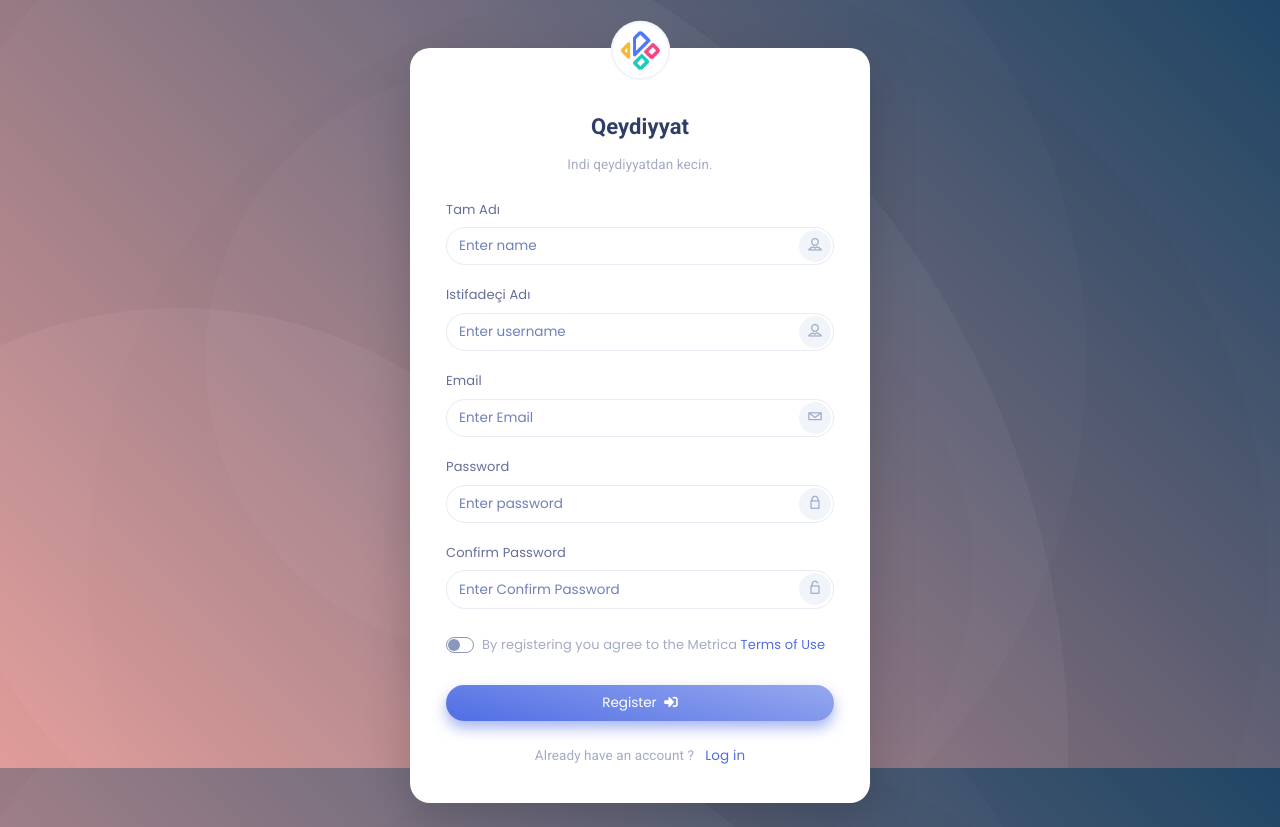
Repository: elvinyeka/Smart-Mobile
Page: http://localhost/register
The author's editor kept a copy of each file at every save. The page is drawn from the files as they stood at one save, then again after the next save.
The browser window is 1280 px wide. The pictures show the whole page.
The page is served by the project's application, run on Flask 3 (Smart/__init__.py).

Above is the page before, as saved 2020-11-20 17:55:44.
Console error: ReferenceError: ApexCharts is not defined

After the next save:
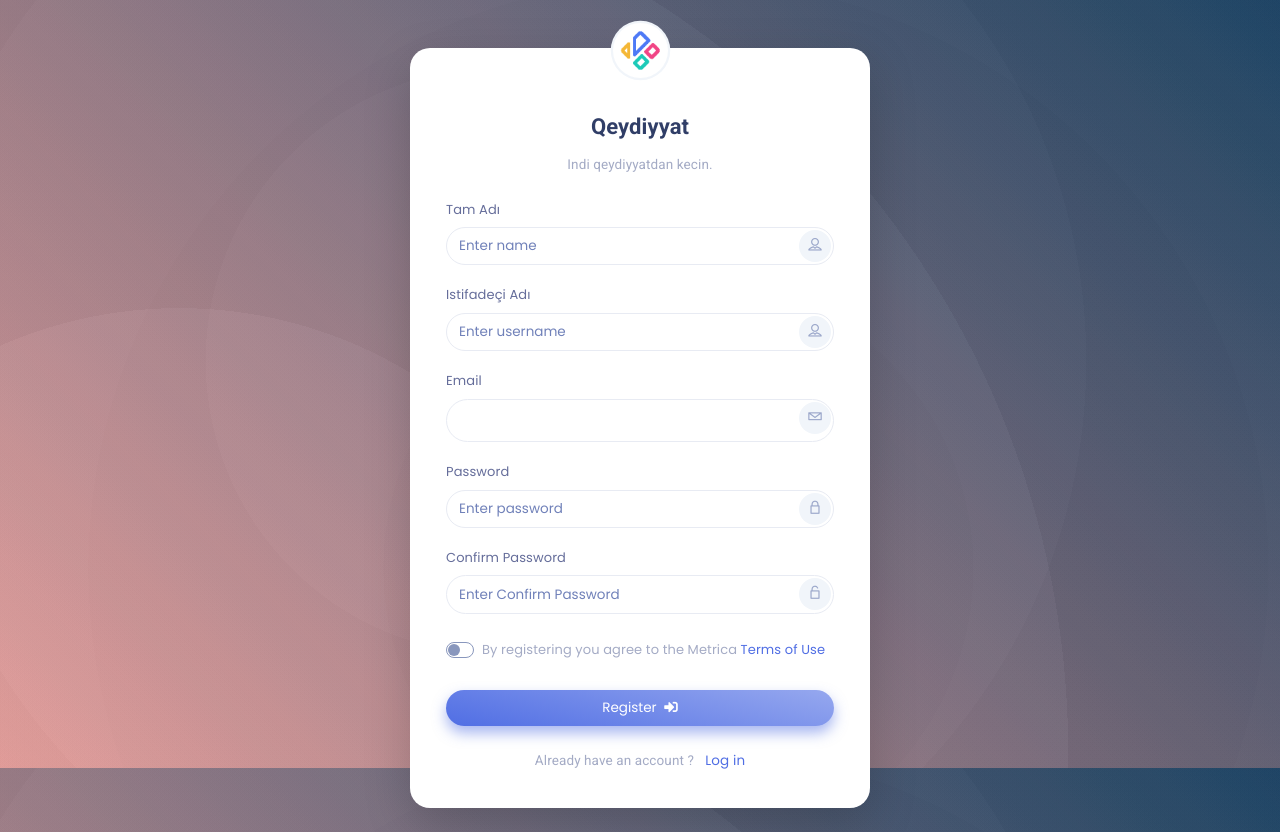
Saved 42 s later.
--- a/Smart/templates/admin/register.html
+++ b/Smart/templates/admin/register.html
@@ -69,7 +69,7 @@
                                                 <span class="auth-form-icon">
                                                     <i class="dripicons-mail"></i>
                                                 </span>
-                                                <input type="email" class="form-control" name="useremail" id="useremail" placeholder="Enter Email">
+                                                {{ form.email(class="form-control form-control-lg") }}
                                             </div>
                                         </div><!--end form-group-->
 

After the save that followed:
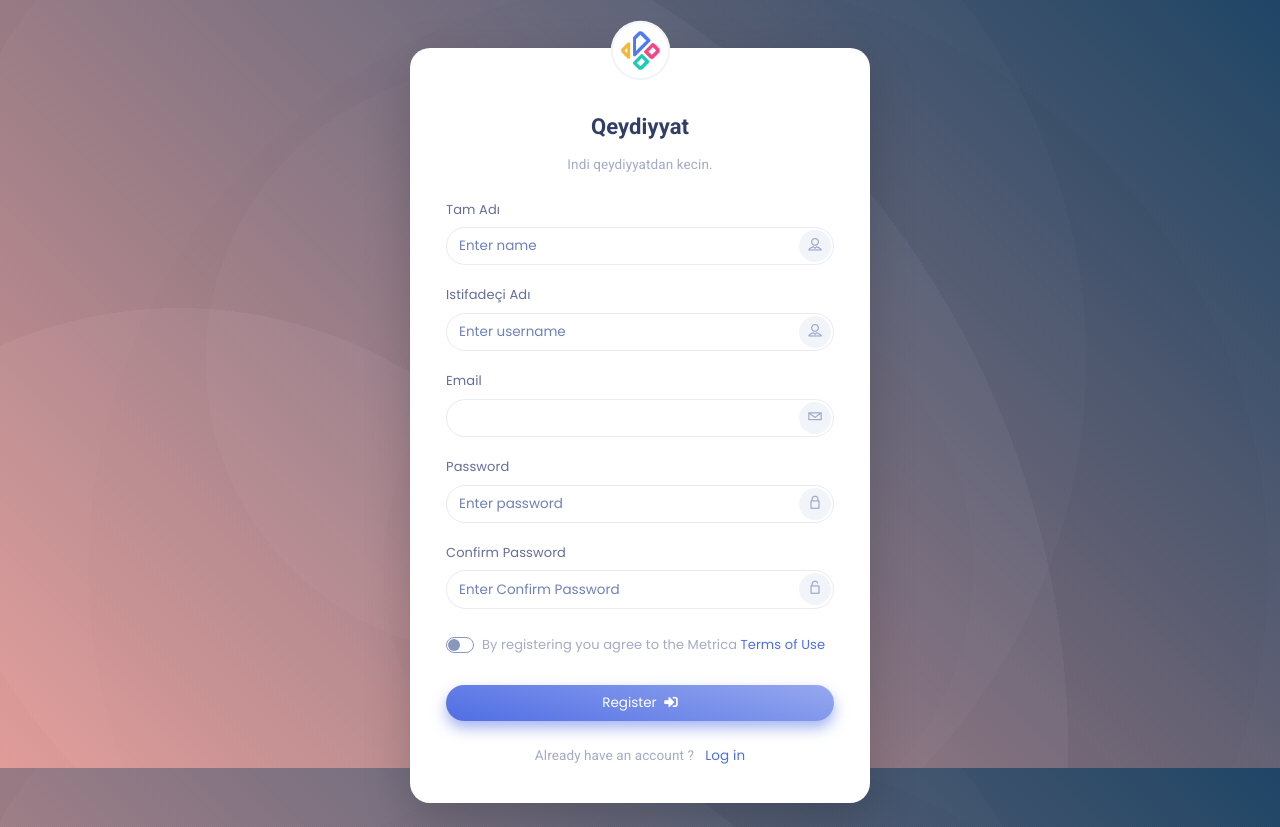
Saved 4 s later.
--- a/Smart/templates/admin/register.html
+++ b/Smart/templates/admin/register.html
@@ -69,7 +69,7 @@
                                                 <span class="auth-form-icon">
                                                     <i class="dripicons-mail"></i>
                                                 </span>
-                                                {{ form.email(class="form-control form-control-lg") }}
+                                                {{ form.email(class="form-control form-control") }}
                                             </div>
                                         </div><!--end form-group-->
 
